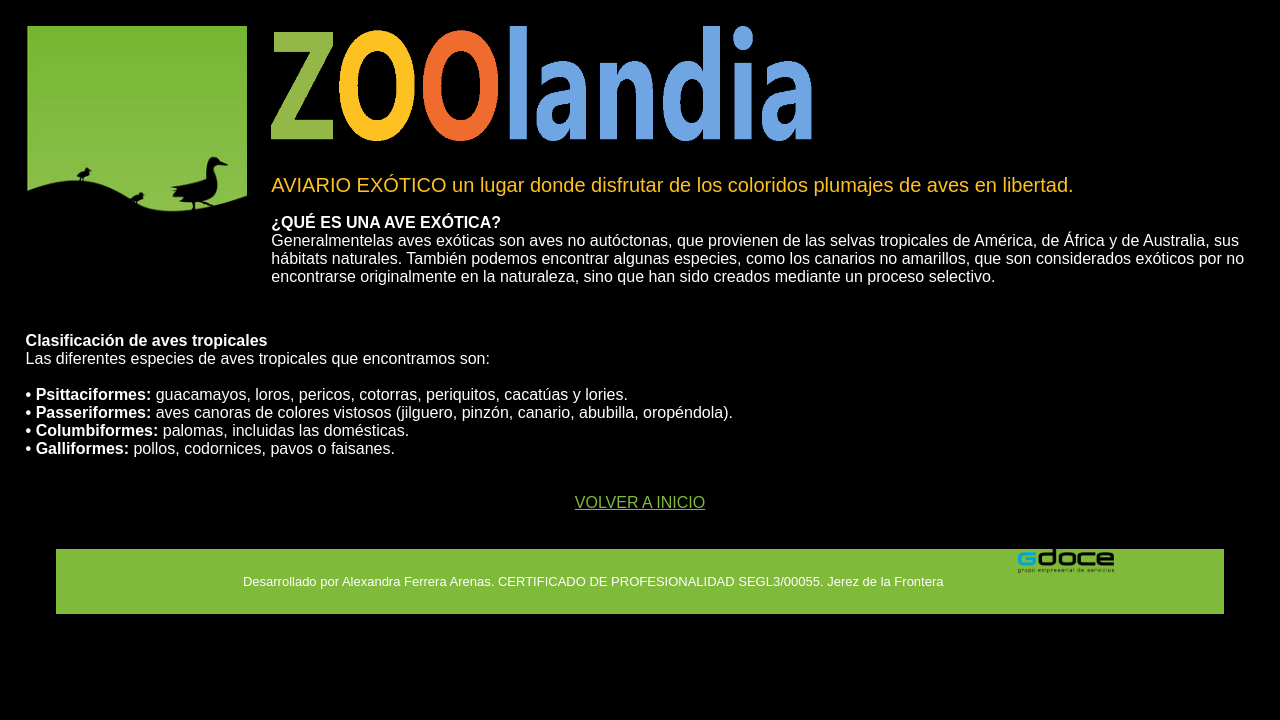
Repository: iSaan86/EV_Pr-ctica_Zoolandia
Page: aviario.html
An editor plug-in stored every save of this project. The page is shown before and after the next save, followed by the edit.
The browser window is 1280 px wide. The pictures show the whole page.

Above is the page before, as saved 2023-11-27 18:39:45.

After the next save:
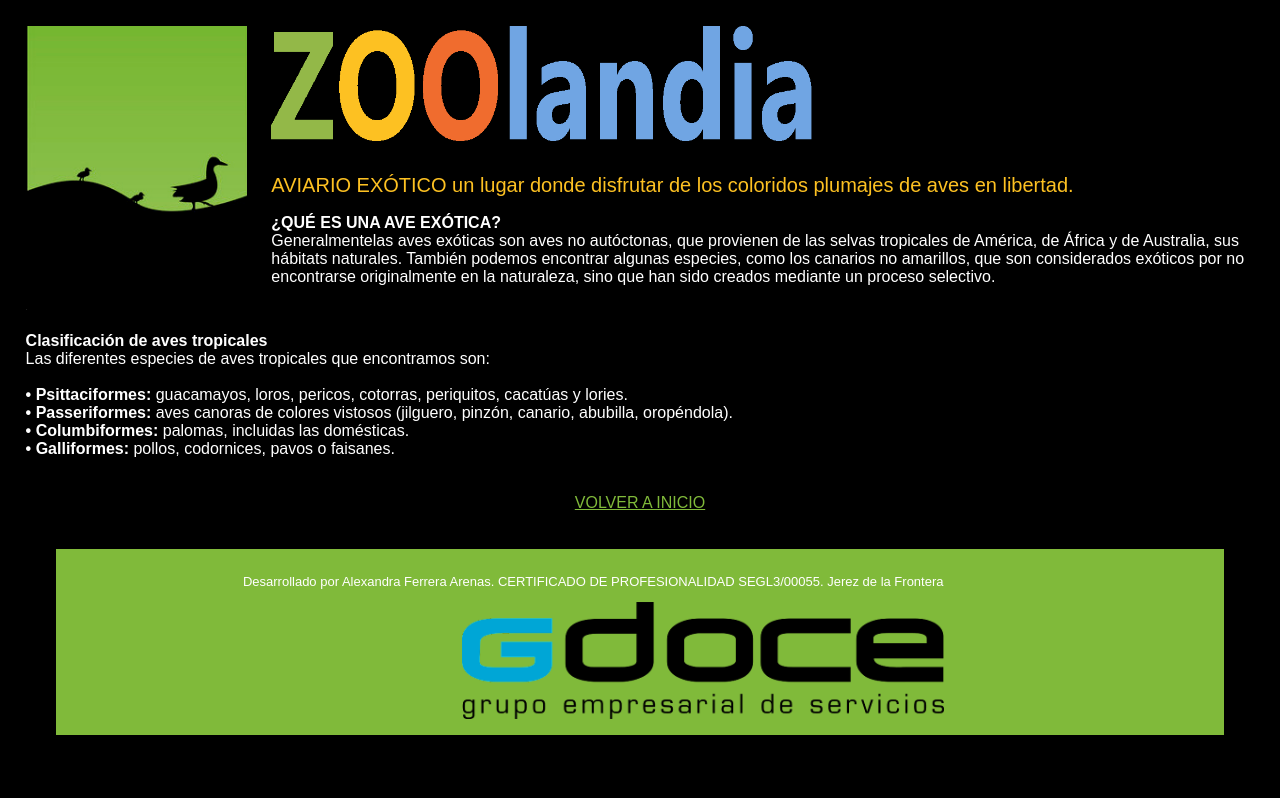
Saved 26 min 1 s later.
--- a/aviario.html
+++ b/aviario.html
@@ -59,13 +59,11 @@
      <!--Texto pie de página-->
                 <article style="width: 75%; text-align: right; padding:1%">
                     <p style="color:white; font-size: 13px;width: 100%;">
-                Desarrollado por Alexandra Ferrera Arenas. CERTIFICADO DE PROFESIONALIDAD SEGL3/00055. Jerez de la Frontera
+                        Desarrollado por Alexandra Ferrera Arenas. CERTIFICADO DE PROFESIONALIDAD SEGL3/00055. Jerez de la Frontera
                     </p>
-                </article>
-     <!--Logo Gdoce pie de página-->
-                <article style="width: 15%; margin-left: 2%">
                     <img src="img/logo.png" alt="Logo G-Doce" width="55%">
                 </article>
+
             </section>
         </footer>
 
